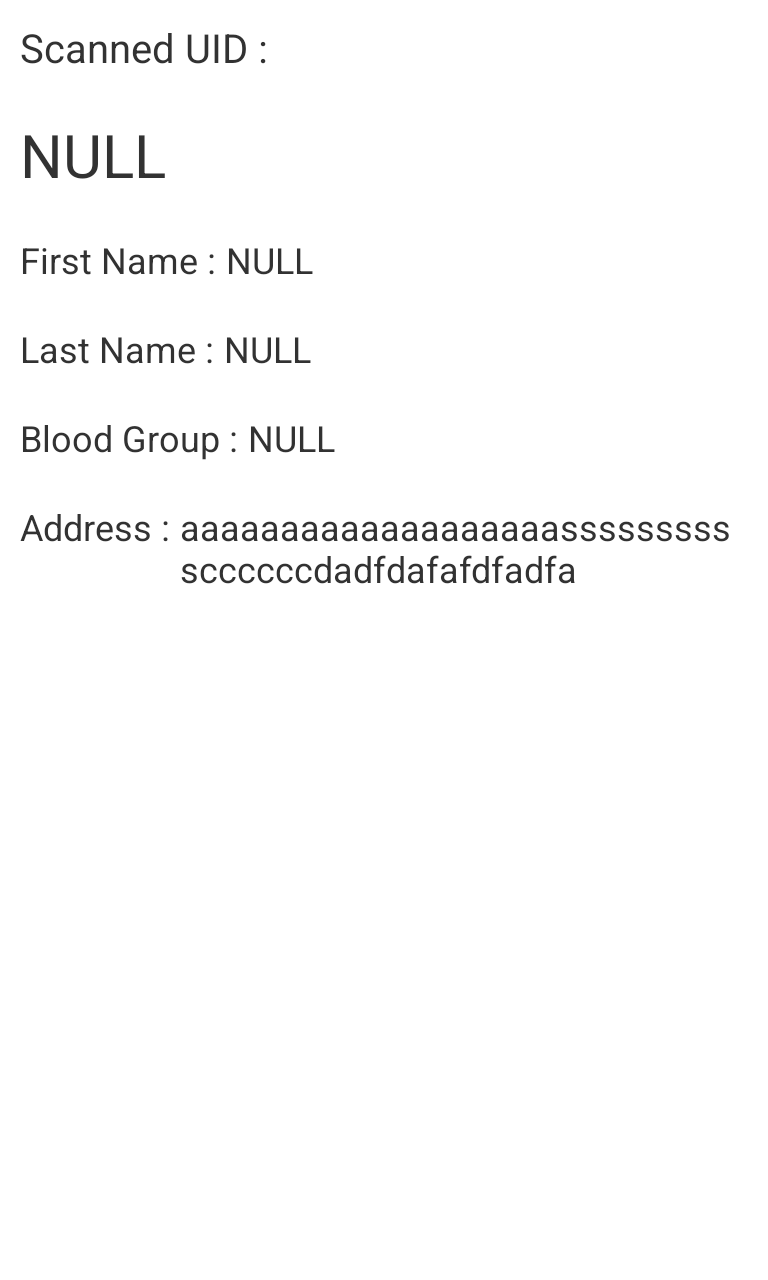
Repository: LennoxAlexion/UID
Layout: Android App/Uid-Project/res/layout/activity_qr_result.xml
The author's editor kept a copy of each file at every save. The layout is drawn from the files as they stood at one save, then again after the next save.
It is drawn on a 768 x 1280 px phone screen (xhdpi) without system bars, with theme AppTheme; the app's code is not run.

Above is the layout before, as saved 2015-03-29 07:04:05.

After the next save:
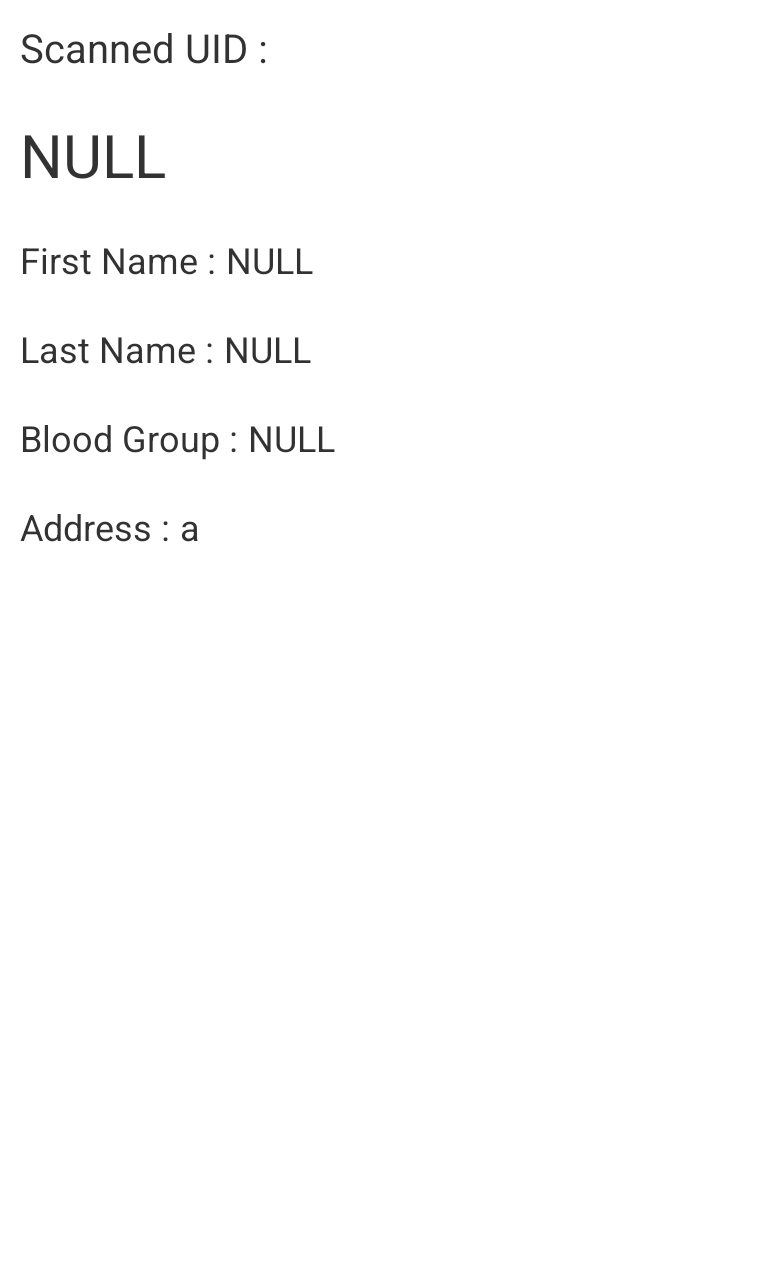
Saved 4 s later.
--- a/Android App/Uid-Project/res/layout/activity_qr_result.xml
+++ b/Android App/Uid-Project/res/layout/activity_qr_result.xml
@@ -105,7 +105,7 @@
             android:layout_width="wrap_content"
             android:layout_height="wrap_content"
             android:layout_marginLeft="5dp"
-            android:text="aaaaaaaaaaaaaaaaaaassssssssssccccccdadfdafafdfadfa"
+            android:text="a"
             android:textSize="18dp" />
     </LinearLayout>
 
